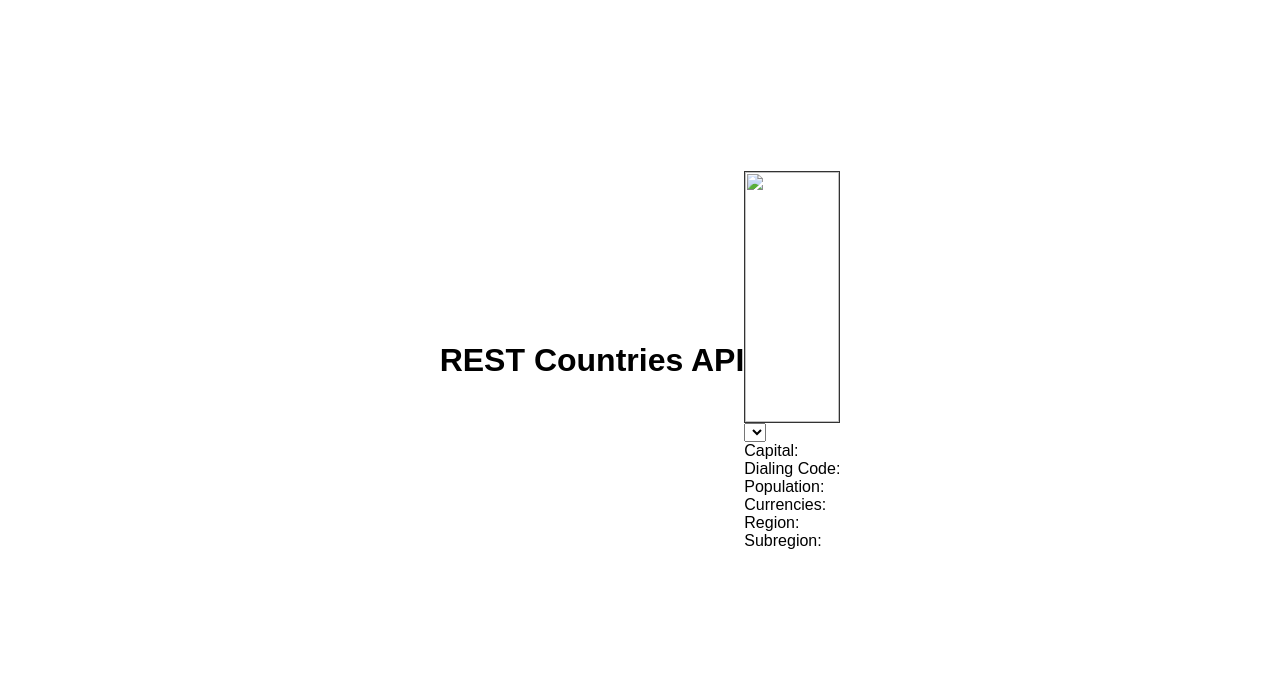
Repository: KhoaTran204/Rest-countries-api-app
Page: index.html
These files come from the project's save history. The page is drawn as it stood at one moment and after the next save; the edit follows.
The browser window is 1280 px wide. The pictures show the whole page.
The page's requests for data from a server got no answer.

Above is the page before, as saved 2024-04-14 08:30:00.

After the next save:
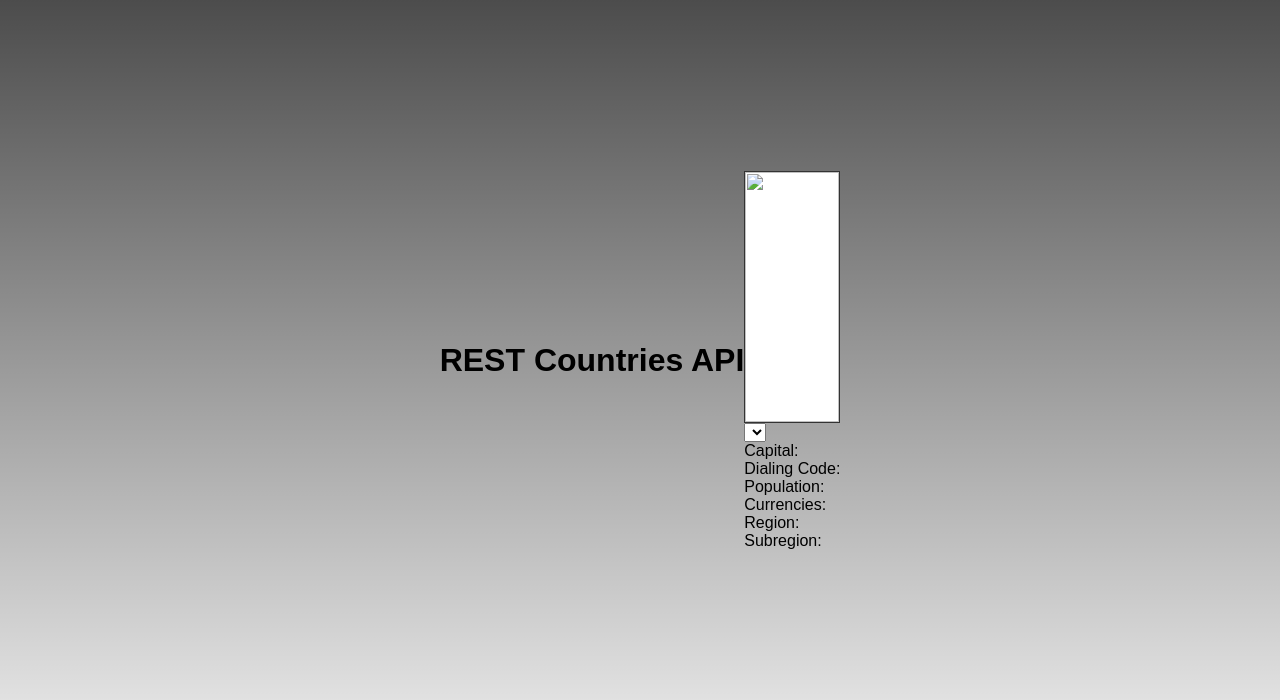
Saved 12 s later.
--- a/style.css
+++ b/style.css
@@ -13,8 +13,7 @@
   /* background-color: to top, rgba(0, 0, 0, 0.7), rgba(0, 0, 0, 0.1); */
   background: linear-gradient(
     rgba(0, 0, 0, 0.7),
-    rgba(0, 0, 0, 0.1),
-    /* url(anh/bando.jpg) no-repeat center/cover */
+    rgba(0, 0, 0, 0.1) /* url(anh/bando.jpg) no-repeat center/cover */
   );
 }
 

After the save that followed:
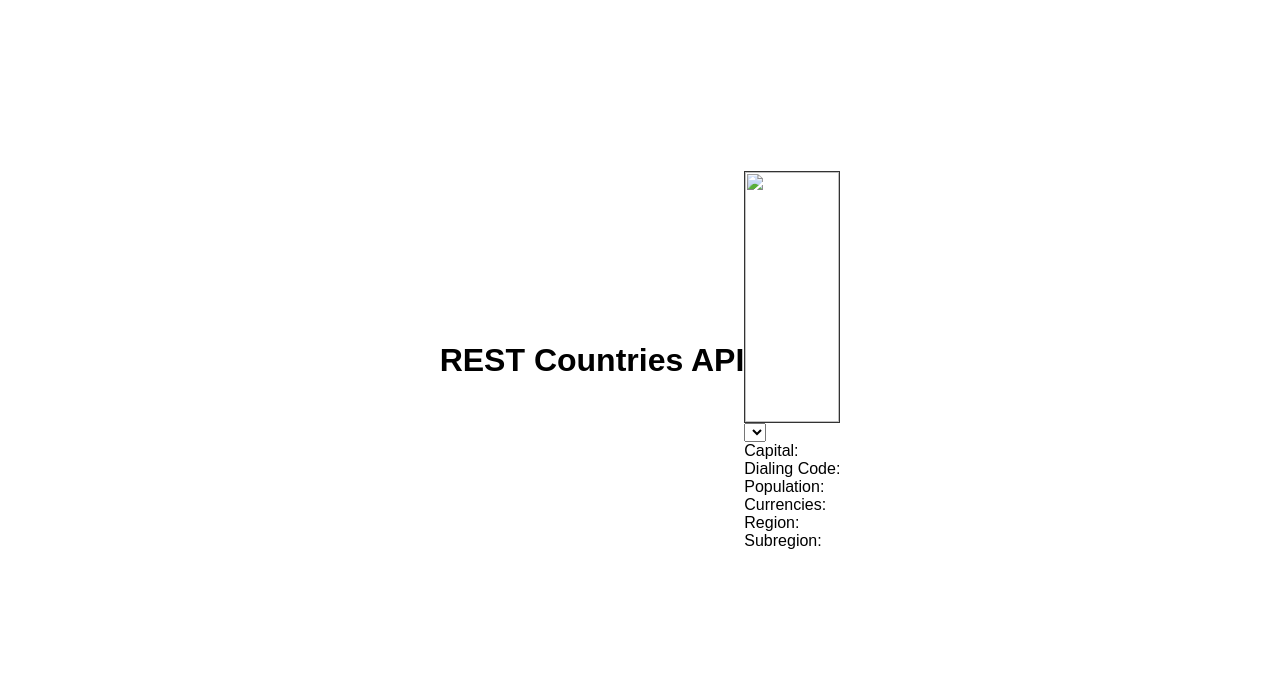
Saved 13 s later.
--- a/style.css
+++ b/style.css
@@ -12,7 +12,7 @@
   align-items: center;
   /* background-color: to top, rgba(0, 0, 0, 0.7), rgba(0, 0, 0, 0.1); */
   background: linear-gradient(
-    rgba(0, 0, 0, 0.7),
+    to top rgba(0, 0, 0, 0.7),
     rgba(0, 0, 0, 0.1) /* url(anh/bando.jpg) no-repeat center/cover */
   );
 }
